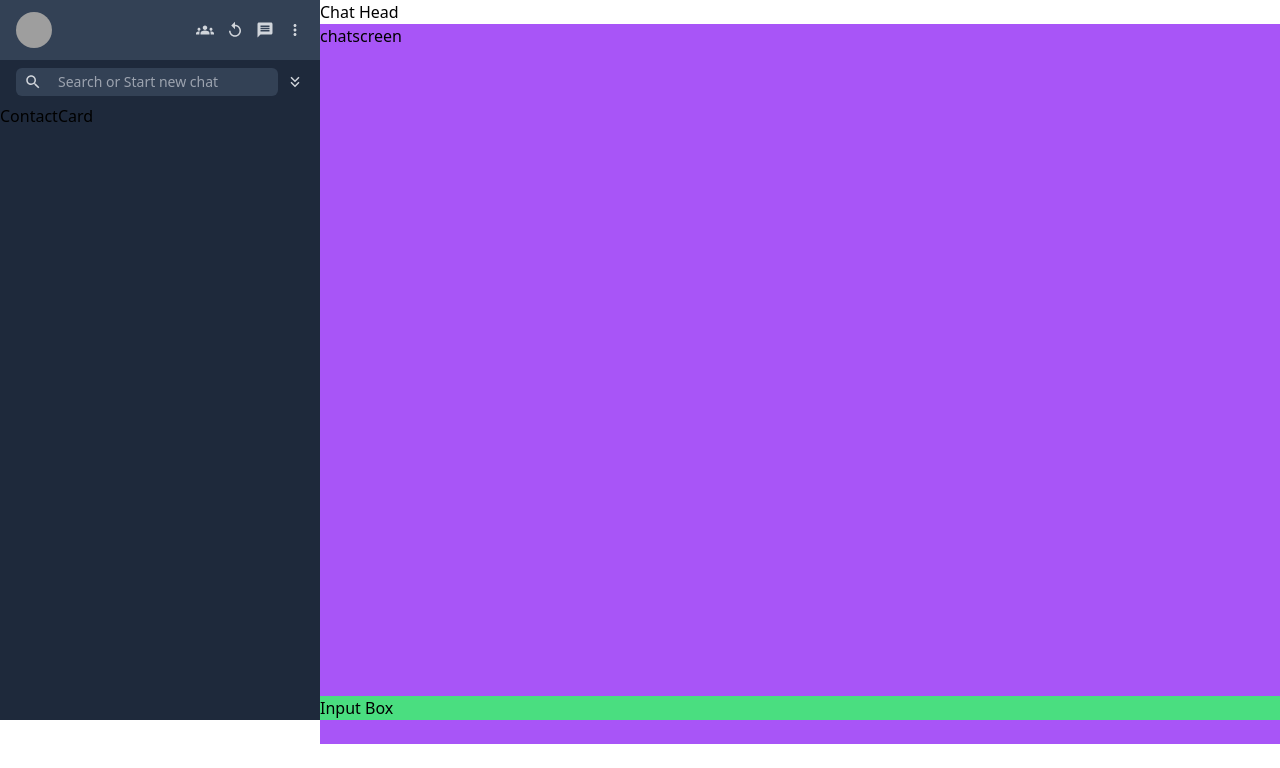
Repository: theanmol-raj/whatsapp
Page: /
An editor plug-in stored every save of this project. The page is shown before and after the next save, followed by the edit.
The browser window is 1280 px wide. The pictures show the whole page.
Pictures or frames that could not be fetched are drawn as grey boxes. The project was rebuilt for these pictures with package versions that can differ from the ones it lists, and the page was loaded fresh each time.

Above is the page before, as saved 2022-12-03 21:59:46.

### src/index.js
import React from 'react';
import ReactDOM from 'react-dom/client';
import './index.css';
import App from './App';






const root = ReactDOM.createRoot(document.getElementById('root'));

root.render(
  <App />
);

### src/App.js
import Homescreen from "./Screens/Homescreen";

function App() {

  return (
    <div className="h-screen w-screen bg-slate-900">
      <Homescreen />
      {/* LoginScreen */}
    </div>
  );
}

export default App;

### src/Screens/Homescreen.jsx
import React from 'react'
import ChatScreen from '../Components/ChatScreen'
import ContactList from '../Components/ContactList'

function Homescreen() {
  return (
    <div className=' w-full max-w-[95rem] grid grid-cols-4 h-screen bg-red-500 mx-auto'>
        {/* Contact List */}
            <ContactList />
        {/* Message Box */}
            <ChatScreen />

    </div>
  )
}

export default Homescreen

### src/Components/ChatScreen.jsx
import React from 'react'

function ChatScreen() {
  return (
    <div className=' bg-yellow-400 col-span-3 relative'>
        <div className=' w-full bg-white sticky top-0'>
                Chat Head
        </div>
        <div className=' h-full bg-purple-500'>
                chatscreen
        </div>
        <div className=' w-full sticky bottom-0 bg-green-400'>
                Input Box
        </div>
    </div>
  )
}

export default ChatScreen

### src/Components/ContactList.jsx
import React from 'react'
import GroupsIcon from '@mui/icons-material/Groups';
import ReplayIcon from '@mui/icons-material/Replay';
import MessageIcon from '@mui/icons-material/Message';
import MoreVertIcon from '@mui/icons-material/MoreVert';
import KeyboardDoubleArrowDownIcon from '@mui/icons-material/KeyboardDoubleArrowDown';
import SearchIcon from '@mui/icons-material/Search';
import ContactCard from './ContactCard';


function ContactList() {
  return (
    <div className=' bg-slate-800'>
      <div className=' flex justify-between items-center p-3 px-4 bg-slate-700'>
        <img className=' rounded-full h-9 w-9' alt='' src="https://pps.whatsapp.net/v/t61.24694-24/158723607_419193396439292_5955373819812020282_n.jpg?stp=dst-jpg_s96x96&ccb=11-4&oh=01_AdRKjHR9ktMhs2HrAksQulr5trvWOTtpB53hlyDh0ZECbw&oe=63986EC2" />
        <div className=' flex text-gray-300 text-lg space-x-3'>
          <GroupsIcon fontSize='inherit' />
          <ReplayIcon fontSize='inherit' />
          <MessageIcon fontSize='inherit' />
          <MoreVertIcon fontSize='inherit' />
        </div>

      </div>
      <div className=' flex items-center text-gray-300 px-4 py-2 text-lg space-x-2'>
        <div className='flex items-center w-full bg-slate-700 space-x-4 px-2 py-1 rounded-md'>
          <SearchIcon fontSize='inherit' />
          <input placeholder='Search or Start new chat' className=' bg-transparent text-sm w-full' />
        </div>
        <KeyboardDoubleArrowDownIcon fontSize='inherit' />
      </div>

      <div>
        <ContactCard />
      </div>

    </div>
  )
}

export default ContactList

### src/Components/ContactCard.jsx
import React from 'react'

function ContactCard() {
  return (
    <div>ContactCard</div>
  )
}

export default ContactCard

Loaded but not shown: public/index.html (common file); src/index.css (common file); tailwind.config.js (common file)

After the next save:
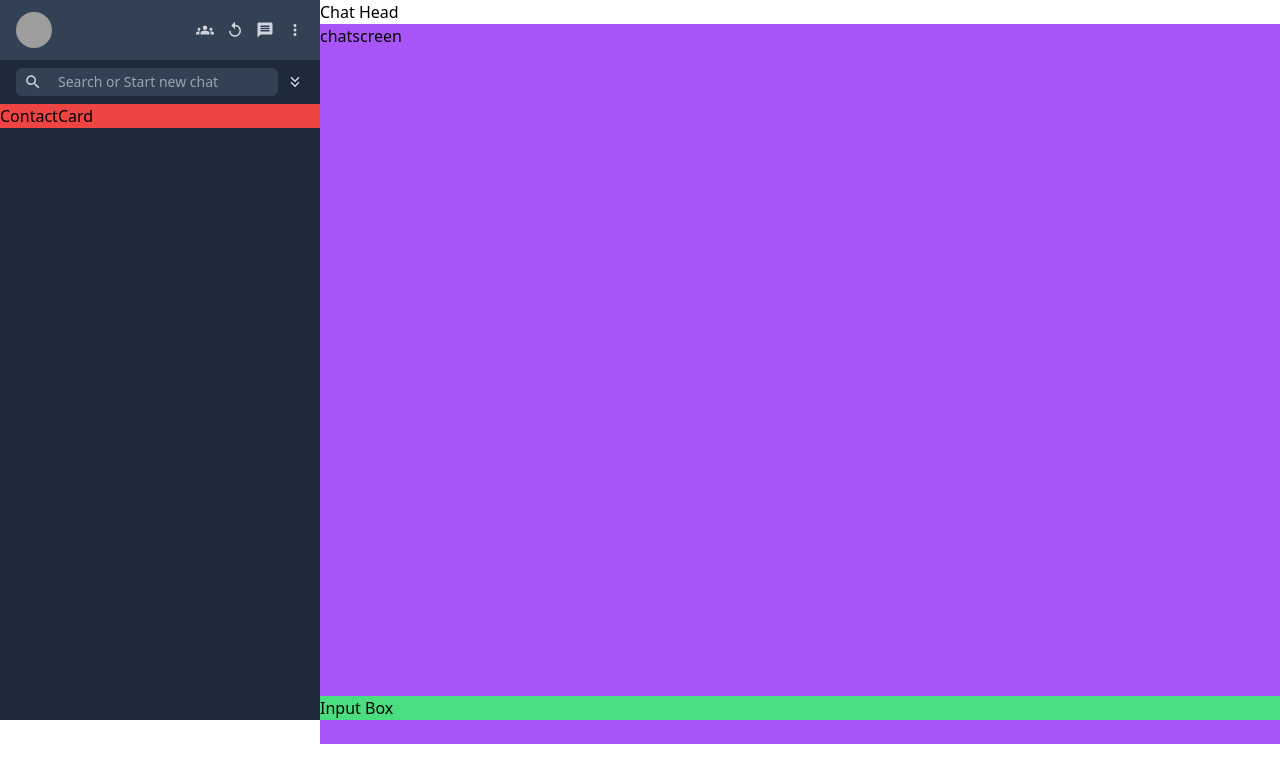
Saved 25 s later.
--- a/src/Components/ContactCard.jsx
+++ b/src/Components/ContactCard.jsx
@@ -2,7 +2,7 @@ import React from 'react'
 
 function ContactCard() {
   return (
-    <div>ContactCard</div>
+    <div className=' bg-red-500'>ContactCard</div>
   )
 }
 
